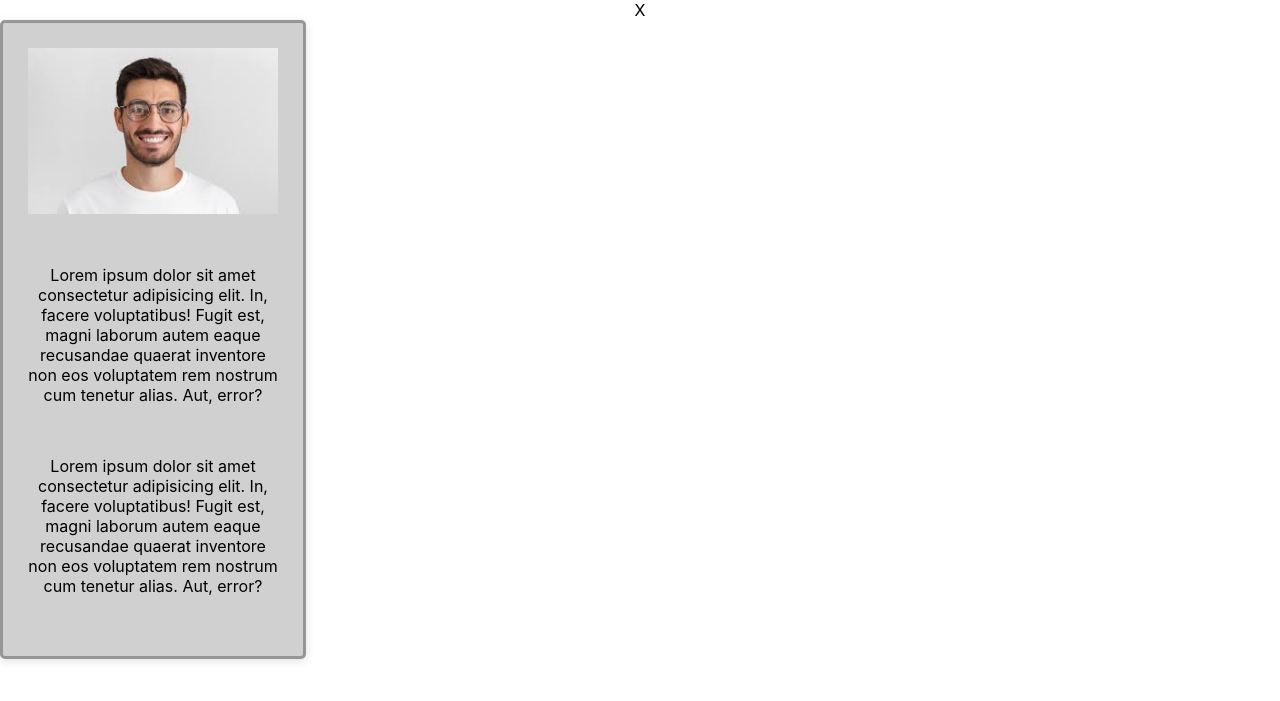
Repository: mikelnorth/team-profile-demo
Page: /
The author's editor kept a copy of each file at every save. The page is drawn from the files as they stood at one save, then again after the next save.
The browser window is 1280 px wide. The pictures show the whole page.
The project was rebuilt for these pictures with package versions that can differ from the ones it lists, and the page was loaded fresh each time.

Above is the page before, as saved 2022-05-19 18:36:42.

After the next save:
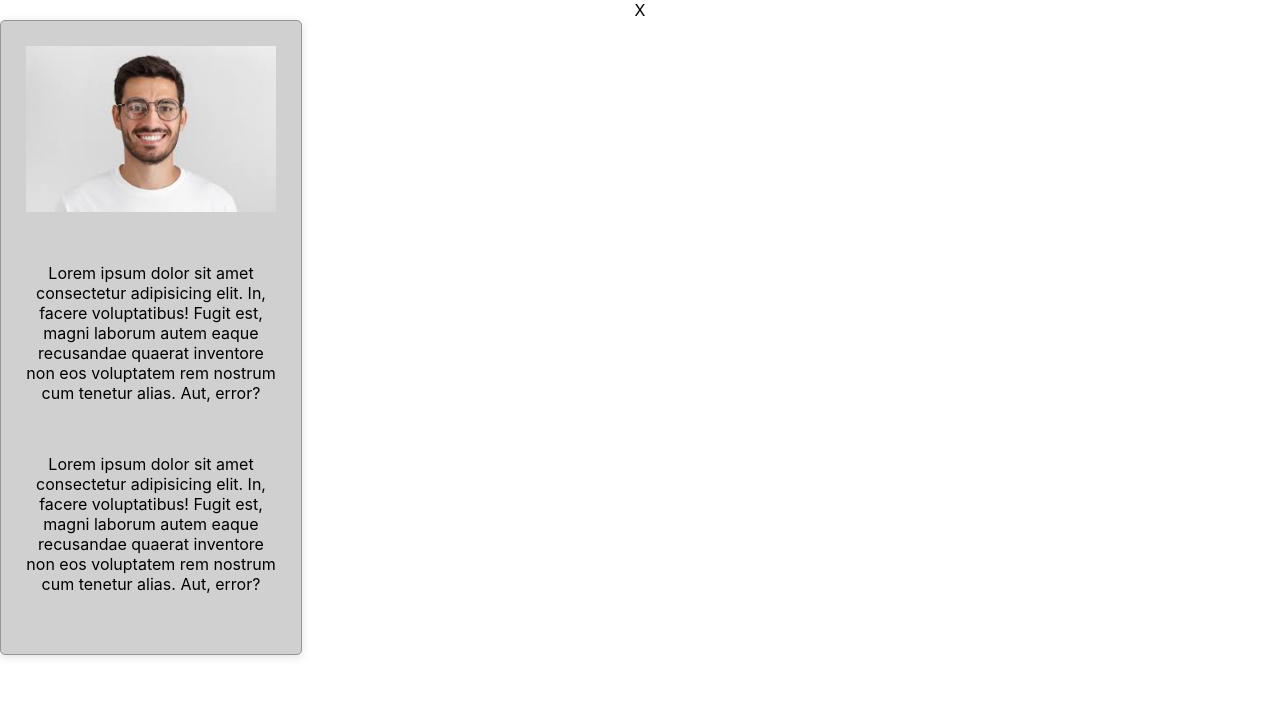
Saved 4 s later.
--- a/src/components/Card.scss
+++ b/src/components/Card.scss
@@ -4,7 +4,7 @@
   width: 250px;
   padding: 25px;
   background-color: #d0d0d0;
-  border: 3px solid #969696;
+  border: 1px solid #969696;
   border-radius: 5px;
   box-shadow: rgba(99, 99, 99, 0.2) 0px 2px 8px 0px;
   p, img {
